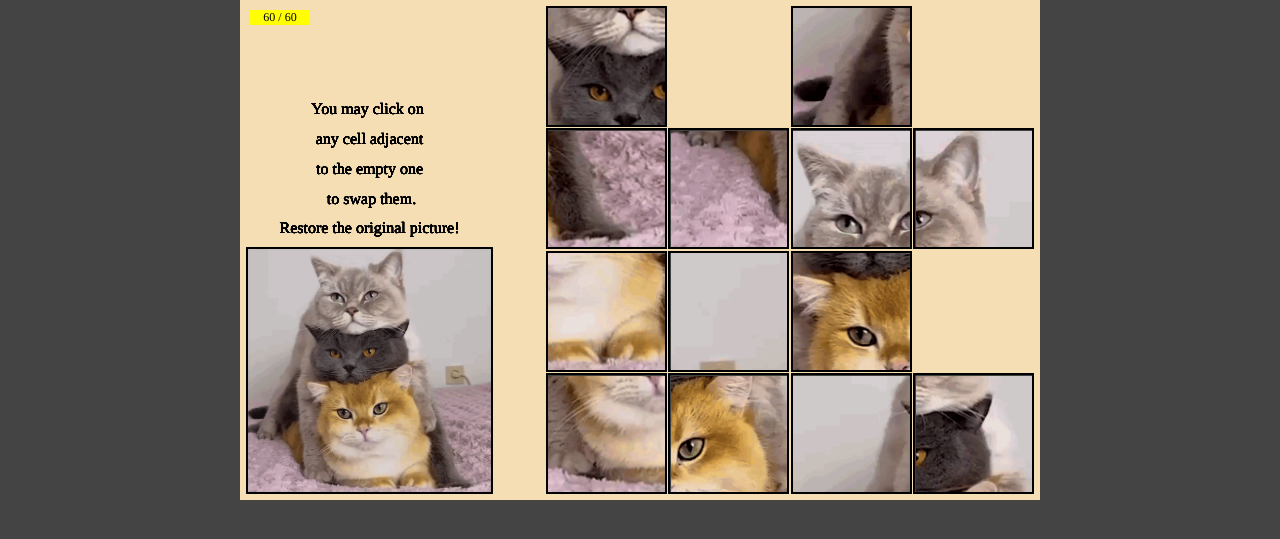
Repository: StevenZsombo/games
Page: docs/index.html
An editor plug-in stored every save of this project. The page is shown before and after the next save, followed by the edit.
The browser window is 1280 px wide. The pictures show the whole page.

Above is the page before, as saved 2025-07-02 22:48:13.

After the next save:
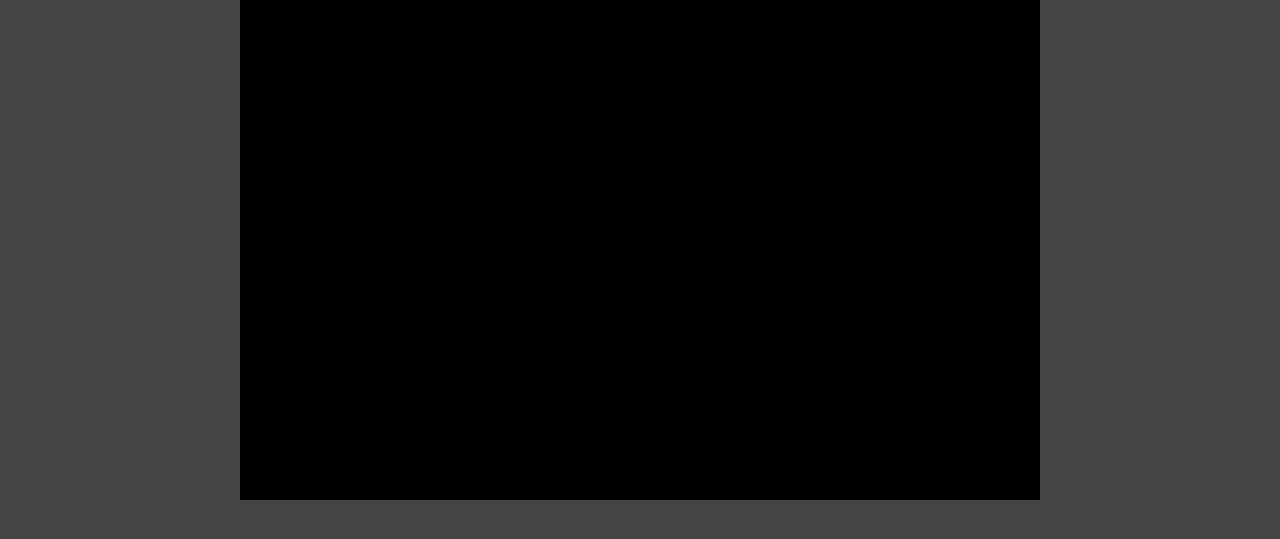
Console error: TypeError: Cannot read properties of undefined (reading 'empty')
Saved 114 s later.
--- a/docs/template.js
+++ b/docs/template.js
@@ -303,6 +303,7 @@
 
         //this.butGrid[this.empty.i][this.empty.j].color = "blue"
         this.shuffle = (animate = 100, times = 30) => {
+            const anims = []
             for (let i = 0; i < times; i++) {
                 const doit = () => {
                     const bu = MM.choice(this.buts.filter(x => x != this.empty))
@@ -310,10 +311,16 @@
                     this.swap(bu, bw, animate, true)
                 }
                 if (animate) {
-                    setTimeout(doit.bind(this), i * 100 * 1.1)
+                    anims.push(
+                        new Anim(game, 100, "delay", {
+                            on_end: () => { doit() }, noLock: true
+                        }))
                 } else {
                     doit()
                 }
+            }
+            if (animate) {
+                this.animator.add_sequence(anims)
             }
         }
 
@@ -349,8 +356,14 @@
         this.guidetxt.opacity = 1
         if (stgs.animationOnStartup) {
             this.empty.origSize = this.empty.size
+            this.empty.img =null
+            const a = new Image()
+            a.
+            this.empty.color = "orange"
+            this.empty.transparent = false
             this.animator.add_sequence(
-                new Anim(this.empty, 100, "delay", { on_end: () => this.empty.resize(1, 1) }),
+                new Anim(this.empty, 1500, "step", { varName: "rad", startVal: 0, endVal: TWOPI * 2 }),
+                new Anim(this.empty, 10, "delay", { on_end: () => this.empty.resize(1, 1) }),
                 new Anim(this.empty, 500, "scaleFromSize", {
                     w: this.empty.origSize.width, h: this.empty.origSize.height,
                     on_end: () => {

After the save that followed:
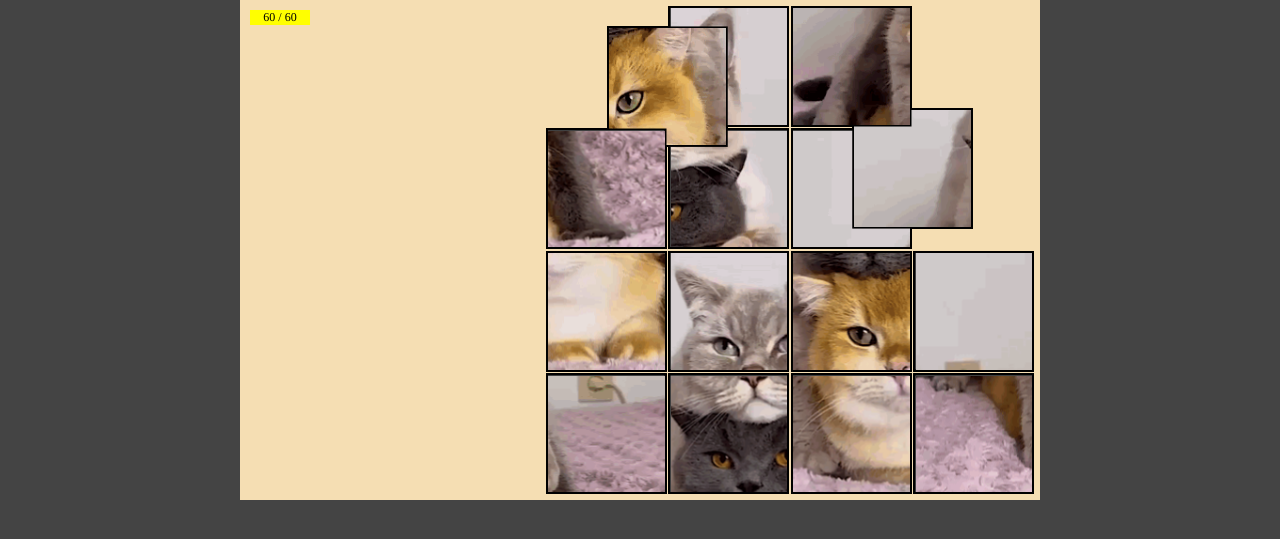
The error is gone.
Saved 10 min 16 s later.
--- a/docs/template.js
+++ b/docs/template.js
@@ -312,7 +312,7 @@
                 }
                 if (animate) {
                     anims.push(
-                        new Anim(game, 100, "delay", {
+                        new Anim(game, animate, "delay", {
                             on_end: () => { doit() }, noLock: true
                         }))
                 } else {
@@ -356,33 +356,30 @@
         this.guidetxt.opacity = 1
         if (stgs.animationOnStartup) {
             this.empty.origSize = this.empty.size
-            this.empty.img =null
-            const a = new Image()
-            a.
+            this.empty.img = null
             this.empty.color = "orange"
             this.empty.transparent = false
             this.animator.add_sequence(
-                new Anim(this.empty, 1500, "step", { varName: "rad", startVal: 0, endVal: TWOPI * 2 }),
-                new Anim(this.empty, 10, "delay", { on_end: () => this.empty.resize(1, 1) }),
-                new Anim(this.empty, 500, "scaleFromSize", {
-                    w: this.empty.origSize.width, h: this.empty.origSize.height,
+                new Anim(this.empty, 500, "delay"),
+                new Anim(this.empty, 750, "step", { varName: "rad", startVal: 0, endVal: TWOPI * 2, on_end: () => this.empty.resize(1, 1) }),
+                new Anim(this.empty, 750, "stepMany", {
+                    varNames: "rad width height x y".split(" "), startVals: [0, 100, 100, this.empty.x, this.empty.y], endVals: [TWOPI, 0, 0, this.empty.centerX, this.empty.centerY],
                     on_end: () => {
                         this.empty.img = files[1]
                         this.empty.opacity = 1
                     }
                 }),
                 new Anim(this.empty, 10, "delay", {
-                    on_end: () => { this.empty.resize(this.empty.origSize.width, this.empty.origSize.height) }
-                }),
-                new Anim(this.empty, 300, "scaleFromSize", {
-                    w: 1, h: 1,
                     on_end: () => {
-                        this.shuffle(undefined, 30)
+                        this.empty.resize(this.empty.origSize.width, this.empty.origSize.height)
+                        const animate = 120
+                        const times = 30
+                        this.shuffle(animate, times)
                         setTimeout(() => {
-                            game.animator.add_anim(game.guidetxt, 600, "step", {
+                            game.animator.add_anim(game.guidetxt, 200 + animate * times, "step", {
                                 varName: "opacity", startVal: 1, endVal: 0
                             })
-                            game.animator.add_anim(game.guide, 600, "step", {
+                            game.animator.add_anim(game.guide, 200 + animate * times, "step", {
                                 varName: "opacity", startVal: 1, endVal: 0,
                                 on_end: () => {
                                     game.guide.opacity = 0
@@ -476,7 +473,7 @@
 }/// end of dev
 /// settings
 const stgs = {
-    clickAnimationSpeed: 100,
+    clickAnimationSpeed: 50,
     animationOnStartup: true,//depr
     BGCOLOR: "wheat",
     keyboardControlsInverted: false
